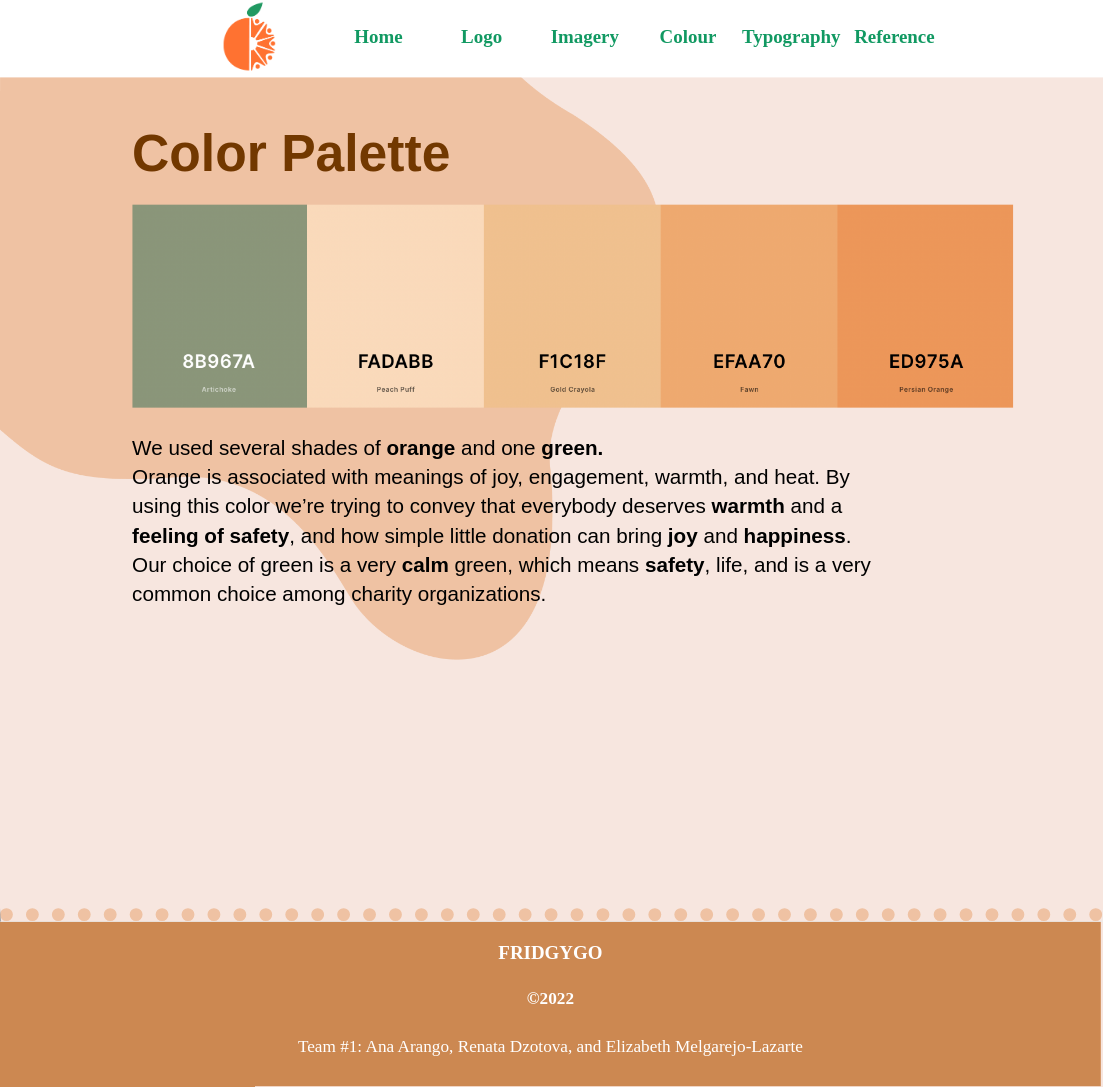
Repository: anagarango/fridgygostyle
Page: http://localhost/colour.php
These files come from the project's save history. The page is drawn as it stood at one moment and after the next save; the edit follows.
The browser window is 1280 px wide. The page is 1282 px wide, so the pictures cover 1282 px, including what lies to the right of the window. The pictures show the whole page, at 86% of full size.
Some web fonts or font styles are not loaded; a fallback is used. The page is run by PHP 8.4 with error messages shown; the project is at /var/www/html/.

Above is the page before, as saved 2022-03-22 23:05:10.

### colour.php
<!DOCTYPE html>
<html lang="en">
<head>
    <meta charset="UTF-8">
    <meta http-equiv="X-UA-Compatible" content="IE=edge">
    <meta name="viewport" content="width=device-width, initial-scale=1.0">
    <title>Document</title>
    <style>
        .blob{
            margin: 0 0 300px -2px;
            width: 60%;
        }
        img.typo{
            width: 80%;
            position: absolute;
            top: 33%;
            left: 12%;
        }
        .text{
            font-size: 60px;
            color: #723800;
            font-weight: bold;
            width: 600px;
            position: absolute;
            top: 20%;
            left: 12%;
        }
        .descript{
            font-family: 'Ubuntu', sans-serif;
            font-weight: normal;
            font-size: 24px;
            position: absolute;
            alignment: center;
            top: 70%;
            left: 12%;
            width: 70%;
            line-height: 34px;
        }
    </style>
</head>
<body>
    <?php include 'header.php';?>
    <div class="text">Color Palette</div>
     <img class="typo" src="imgs/Screen Shot 2022-03-22 at 10.38.47 PM.png">
     <div class = "descript">We used several shades of <strong>orange</strong> and one <strong>green.</strong><br>
Orange is associated with meanings of joy, engagement, warmth, and heat. By using this color we’re trying to convey that everybody deserves <strong>warmth</strong> and a <strong>feeling of safety</strong>, and how simple little donation can bring <strong>joy</strong> and <strong>happiness</strong>.<br>
Our choice of green is a very <strong>calm</strong> green, which means <strong>safety</strong>, life, and is a very common choice among charity organizations. </div>
    <img class="blob" src="imgs/blob.png">
    <?php include 'footer.php';?>

</body>
</html>

### header.php
<!DOCTYPE html>
<html lang="en">
<head>
    <meta charset="UTF-8">
    <meta http-equiv="X-UA-Compatible" content="IE=edge">
    <meta name="viewport" content="width=device-width, initial-scale=1.0">
    <title>Document</title>
    <style>
        @import url('https://fonts.googleapis.com/css2?family=Staatliches&display=swap');
        html{
            background-color: rgb(253, 241, 227);
            background-color: #f7e6df
        }
        body{
            margin: -10px 0 0 0;
            font-family: Arial, Helvetica, sans-serif;
        }
        .header{
            display: flex;
            position: fixed;
            margin-top: -5px;
            background-color: white;
            height: 105px;
            width: 100vw;
            justify-content: center;
            align-items: center;
            z-index: 1;
            font-family: 'Staatliches', cursive;
        }
        .header > a {
            display: flex;
            justify-content: center;
            align-items: center;
            padding-top:10px;
            width: 120px;
            height: 95px;
            font-size: 22px;
            color: #119962;
            text-decoration: none;
            font-weight: 600;
        }
        .header > .hover:hover {
            font-size: 26px;
            background-color: #efc2a3;
            color: rgb(163, 98, 45);
            transition: 0.4s;
            font-weight: 800;
        }
        .logo {
            width: 100px;
            margin-top:35px;
            height: 100%;
            background-image: url("imgs/final_logo.png");
            background-size: 50%;
            background-repeat: no-repeat;

        }
    </style>
</head>
<body>
    <ul class="header">
        <a class="logo" href="index.php"></a>
        <a class="hover" href="index.php">Home</a>
        <a class="hover" href="logo.php">Logo</a>
        <a class="hover" href="imagery.php">Imagery</a>
        <a class="hover" href="colour.php">Colour</a>
        <a class="hover" href="typo.php">Typography</a>
        <a class="hover" href="ref.php">Reference</a>
    </ul>
</body>
</html>

### footer.php
<!DOCTYPE html>
<html lang="en">
<head>
    <meta charset="UTF-8">
    <meta http-equiv="X-UA-Compatible" content="IE=edge">
    <meta name="viewport" content="width=device-width, initial-scale=1.0">
    <title>Document</title>
    <style>
        .footer{
            display: flex;
            justify-content: center;
            align-items: center;
            flex-direction: column;
            margin-top: 0px;
            padding-bottom: 15px;
            background-color: rgb(204, 136, 81);
            font-family: 'Staatliches', cursive;
        }

        .line{
            width: 100%;
            border-top: 15px dotted #efc2a3;
            margin-top: -15px;
        }

        .brand_name{
            font-size: 22px;
            color: white;
        }

        .copy_right {
            font-size: 20px;
            color: white;
        }

        .team1{
            font-weight: 500;
            font-size: 20px;
            color: white;
        }
</style>
</head>
<body>
    <div class="footer">
        <hr class="line">
        <h1 class="brand_name"> FRIDGYGO</h1>
        <h1 class="copy_right">©2022</h1>
        <h3 class="team1">Team #1: Ana Arango, Renata Dzotova, and Elizabeth Melgarejo-Lazarte </h3>
    </div>
</body>
</html>

After the next save:
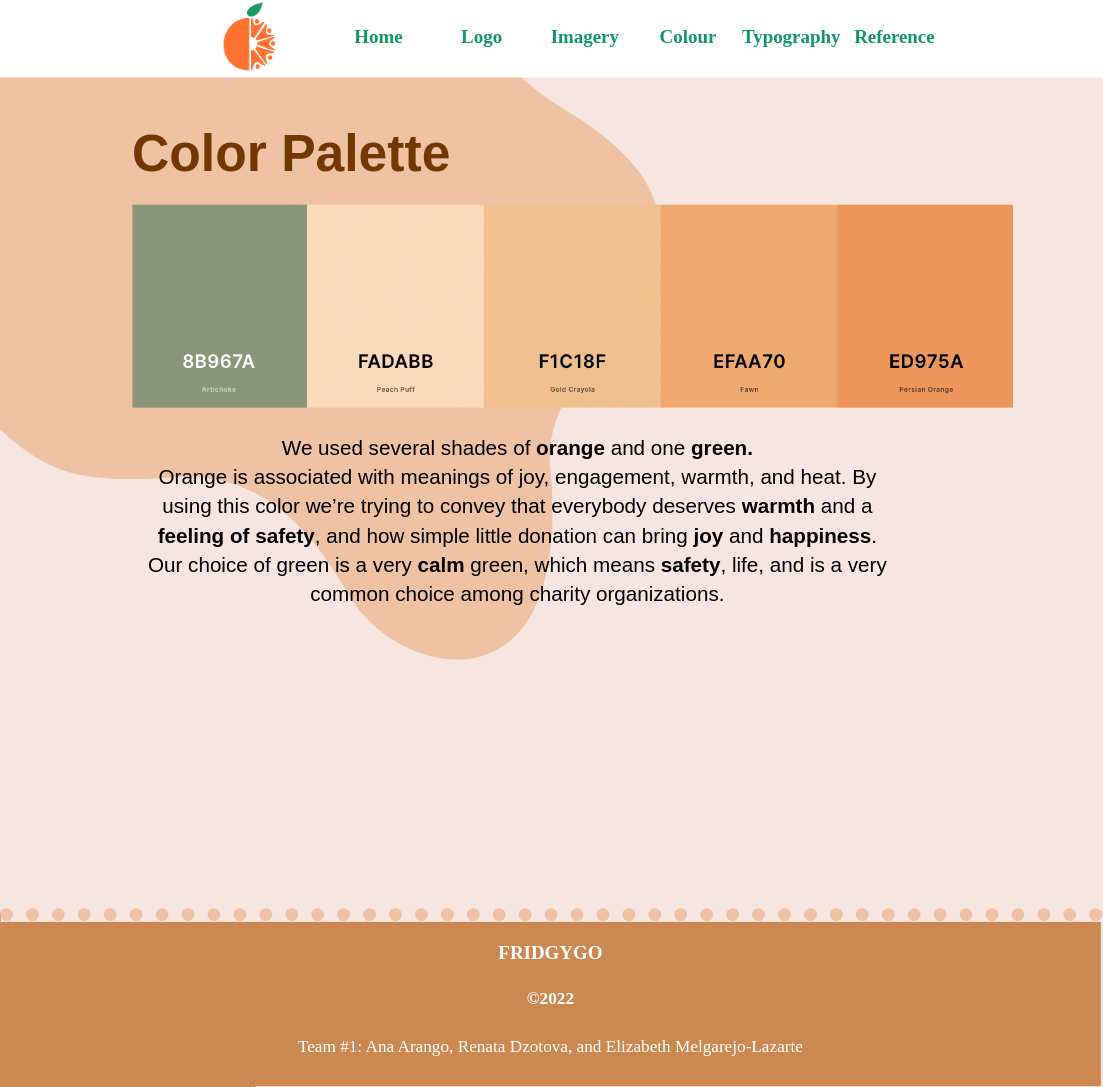
Saved 66 s later.
--- a/colour.php
+++ b/colour.php
@@ -30,7 +30,7 @@
             font-weight: normal;
             font-size: 24px;
             position: absolute;
-            alignment: center;
+            text-align: center;
             top: 70%;
             left: 12%;
             width: 70%;
